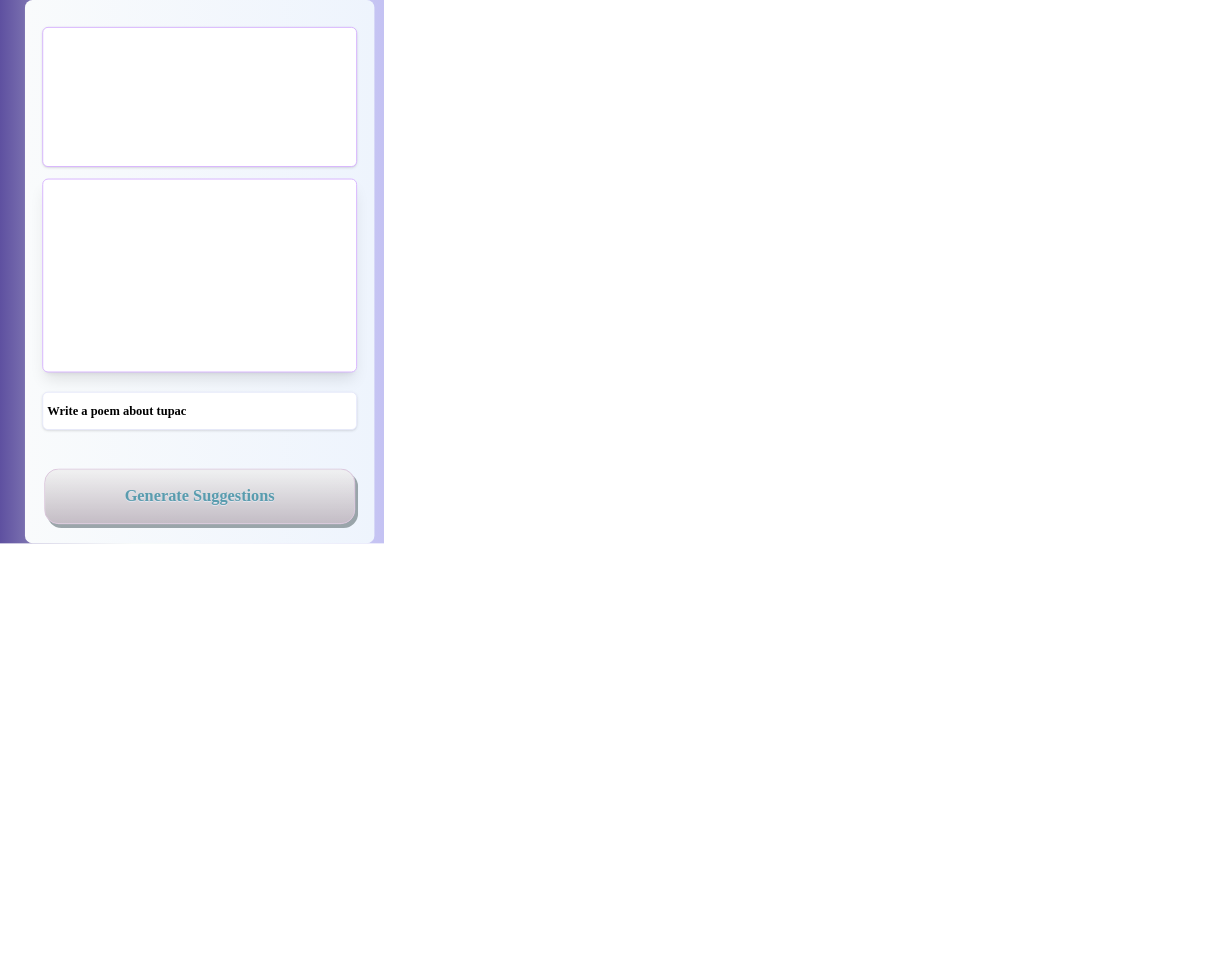
Repository: djdjdallas/AskAlex
Page: /
An editor plug-in stored every save of this project. The page is shown before and after the next save, followed by the edit.
The browser window is 1280 px wide. The pictures show the whole page, at 96% of full size.
The project was rebuilt for these pictures with package versions that can differ from the ones it lists, and the page was loaded fresh each time. Also part of the build but not shown: webpack.config.js.

Above is the page before, as saved 2023-02-27 17:31:41.

After the next save:
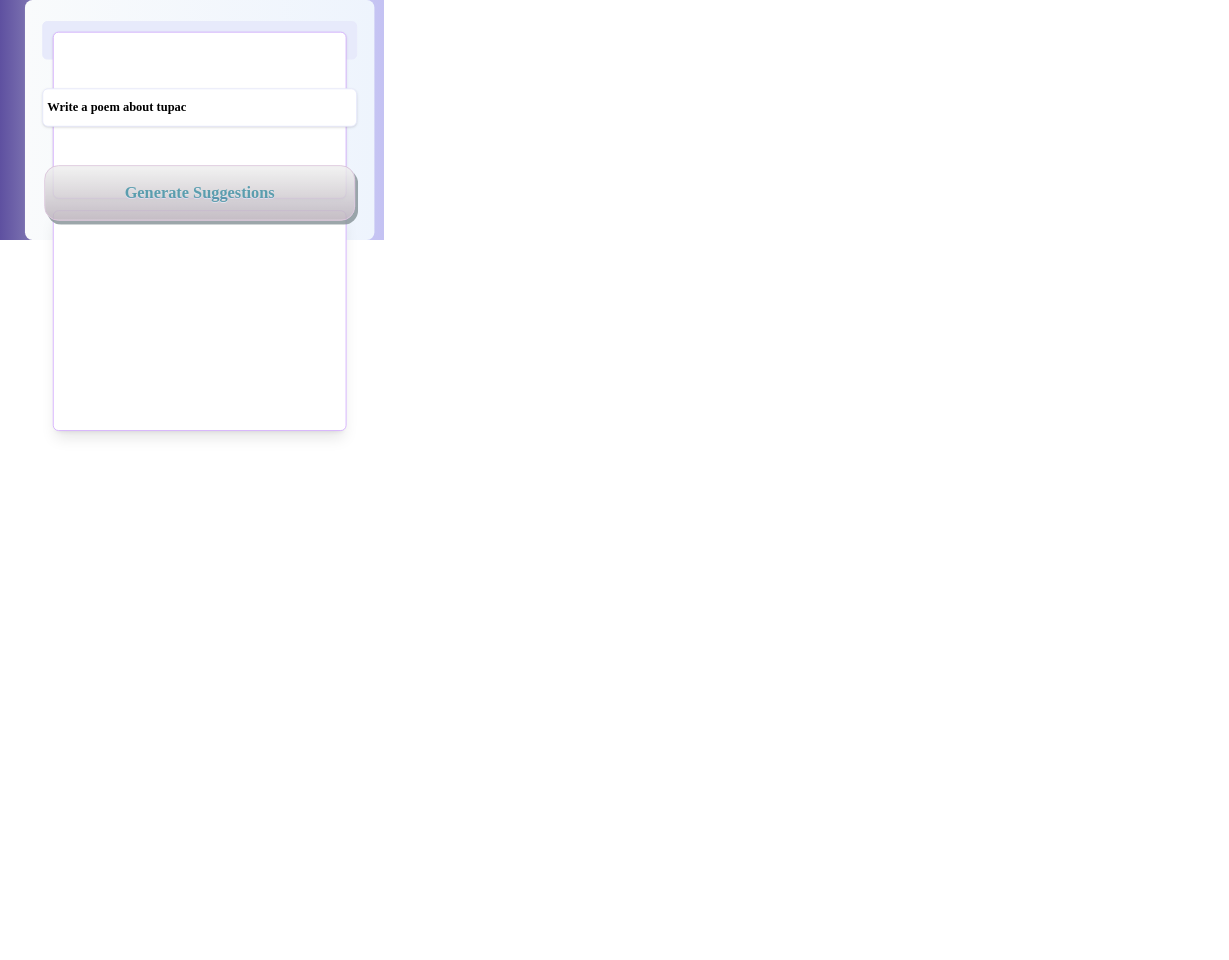
Saved 23 s later.
--- a/src/App.css
+++ b/src/App.css
@@ -30,6 +30,16 @@
   border: 1px solid #E7EAFB;
   width: 90%;
   height: 40px;
+}
+.infoBox{
+  width: 90%;
+  height: 40px;
+  background-color: #E7EAFB;
+  border: 1px solid #E7EAFB;
+  border-radius: 5px;
+  margin-top: 10px;
+  margin-bottom: 10px;
+  padding: 10px;
 }
 .myButton {
 	box-shadow: 3px 4px 0px 0px #899599;
